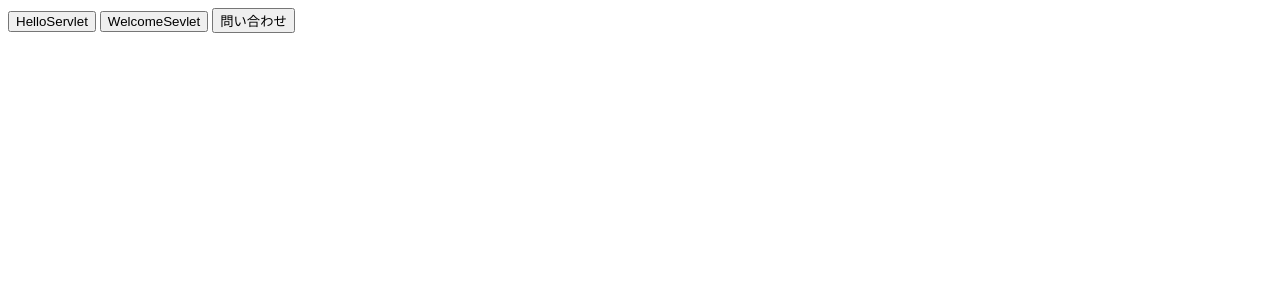
Repository: shimizuyusuke/backup
Page: http://localhost/HelloServlet2/
The author's editor kept a copy of each file at every save. The page is drawn from the files as they stood at one save, then again after the next save.
The browser window is 1280 px wide. The pictures show the whole page.
The page is served by Tomcat 9.

Above is the page before, as saved 2018-01-18 04:09:01.

After the next save:
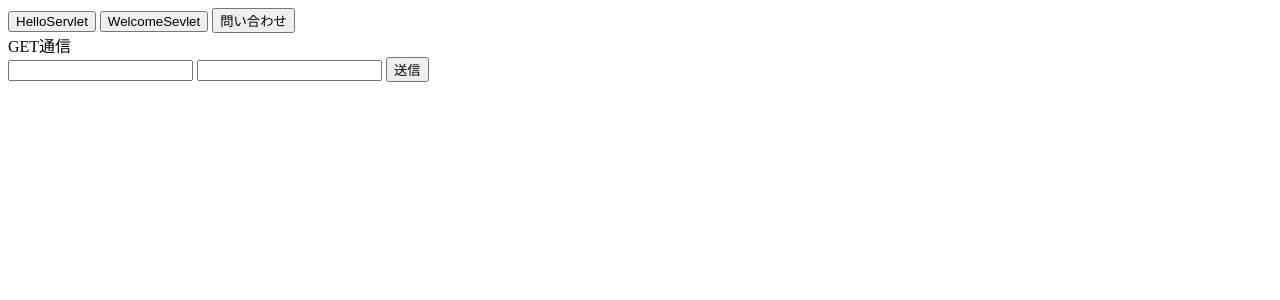
Saved 11 min 23 s later.
--- a/HelloServlet2/WebContent/index.jsp
+++ b/HelloServlet2/WebContent/index.jsp
@@ -11,6 +11,15 @@
 <input type="button" value="HelloServlet" onClick="location.href='HelloServlet'">
 <input type="button" value="WelcomeSevlet" onClick="location.href='welcome.jsp'">
 <input type="button" value="問い合わせ" onClick="location.href='inquiry.jsp'">
+<br>
+
+GET通信
+<form method="get"action="TestServlet">
+<input type="text" name="username">
+<input type="password" name="password">
+<input type="submit" value="送信">
+
+</form>
 
 
 </body>
